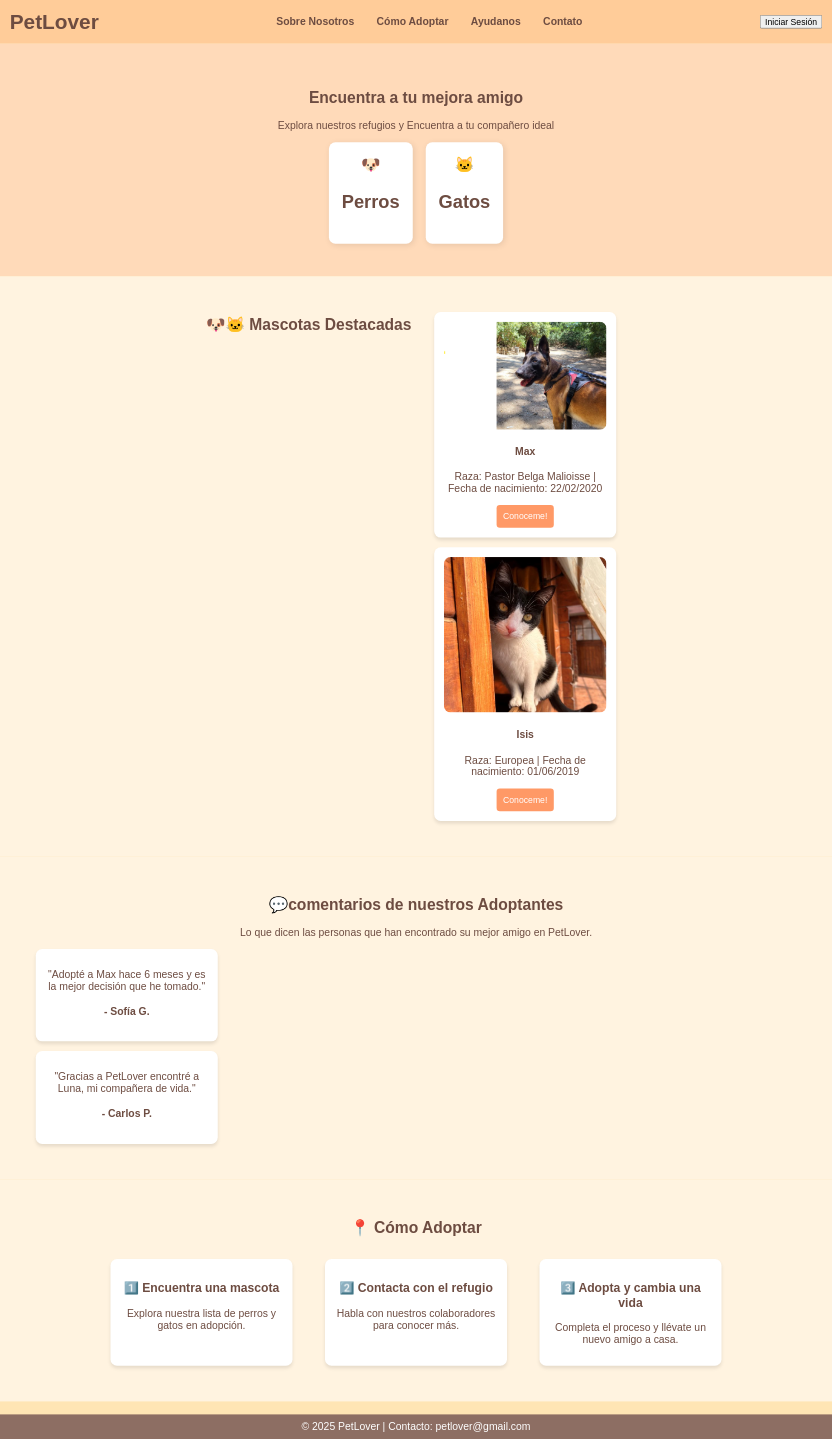
Repository: adriarodrisan/PetLover
Page: Paginas_web/Home_Petlover.html
An editor plug-in stored every save of this project. The page is shown before and after the next save, followed by the edit.
The browser window is 1280 px wide. The pictures show the whole page, at 65% of full size.

Above is the page before, as saved 2025-02-17 18:04:16.

After the next save:
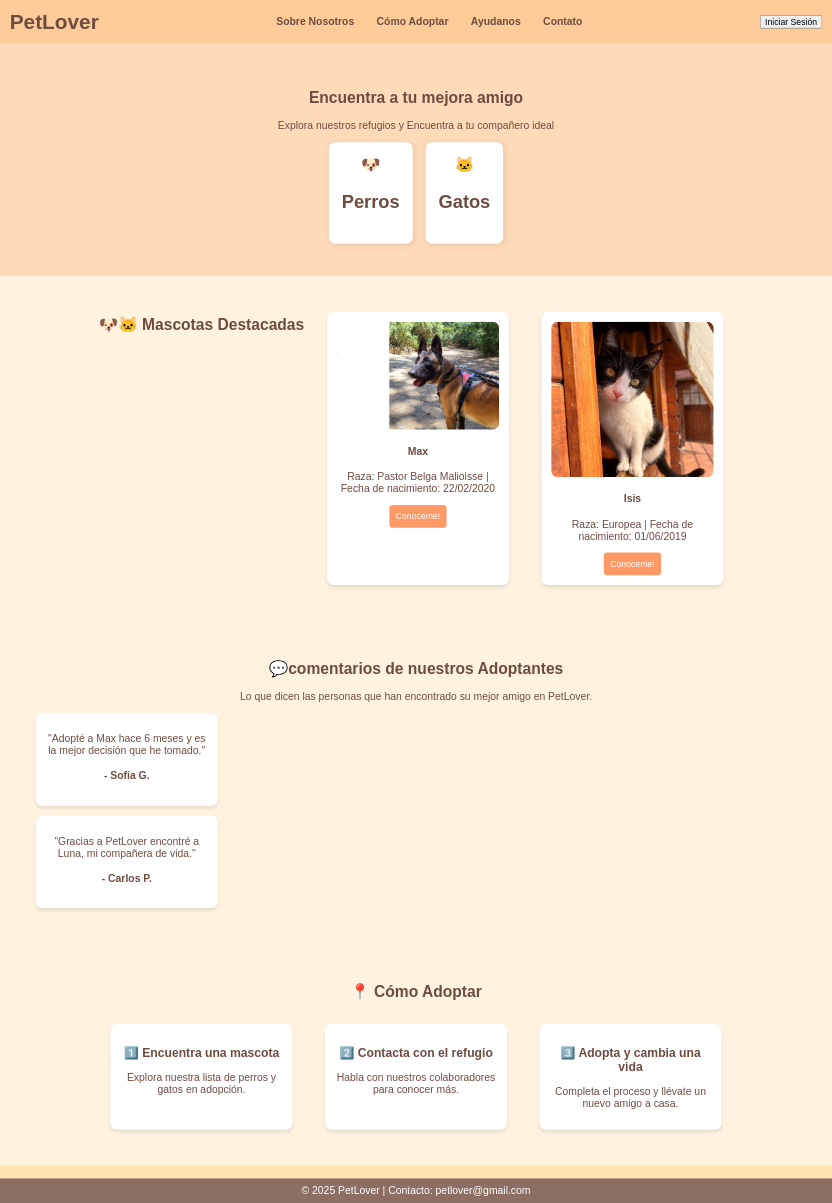
Saved 112 s later.
--- a/Css_Paginas/Home_Petlover.css
+++ b/Css_Paginas/Home_Petlover.css
@@ -97,3 +97,9 @@
     padding: 10px;
     margin-top: 20px;
 }
+.contenedor-destacados {
+    display: flex;
+    justify-content: center;
+    gap: 20px;
+    flex-wrap: wrap;
+}
